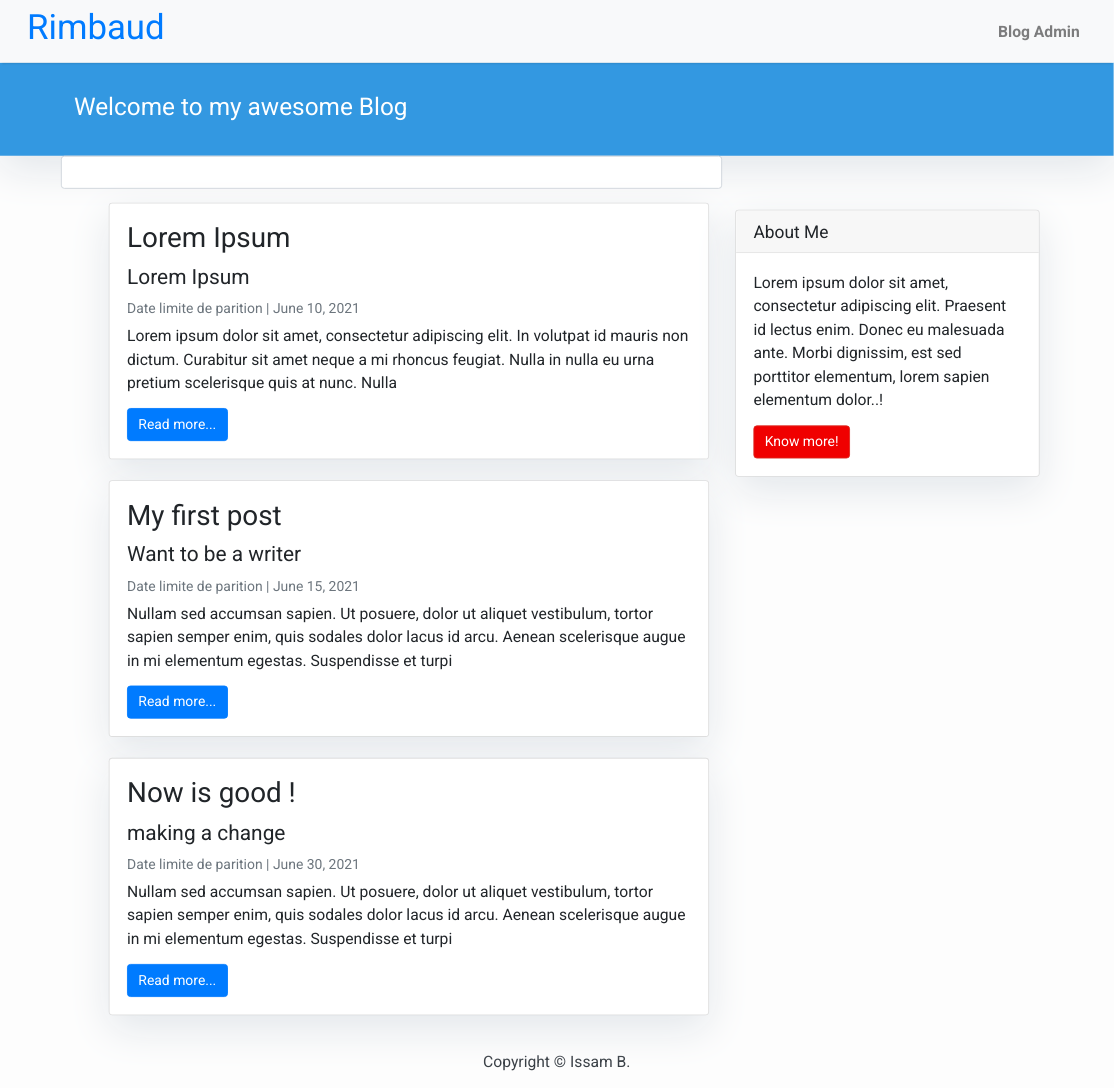
Repository: IssamBouzidi/rimbaud
Page: http://localhost/
These files come from the project's save history. The page is drawn as it stood at one moment and after the next save; the edit follows.
The browser window is 1280 px wide. The pictures show the whole page, at 87% of full size.
The page is served by the project's application, run on Django 3.2 (manage.py). The page reads the database file committed with the project.

Above is the page before, as saved 2021-06-04 01:22:02.

After the next save:
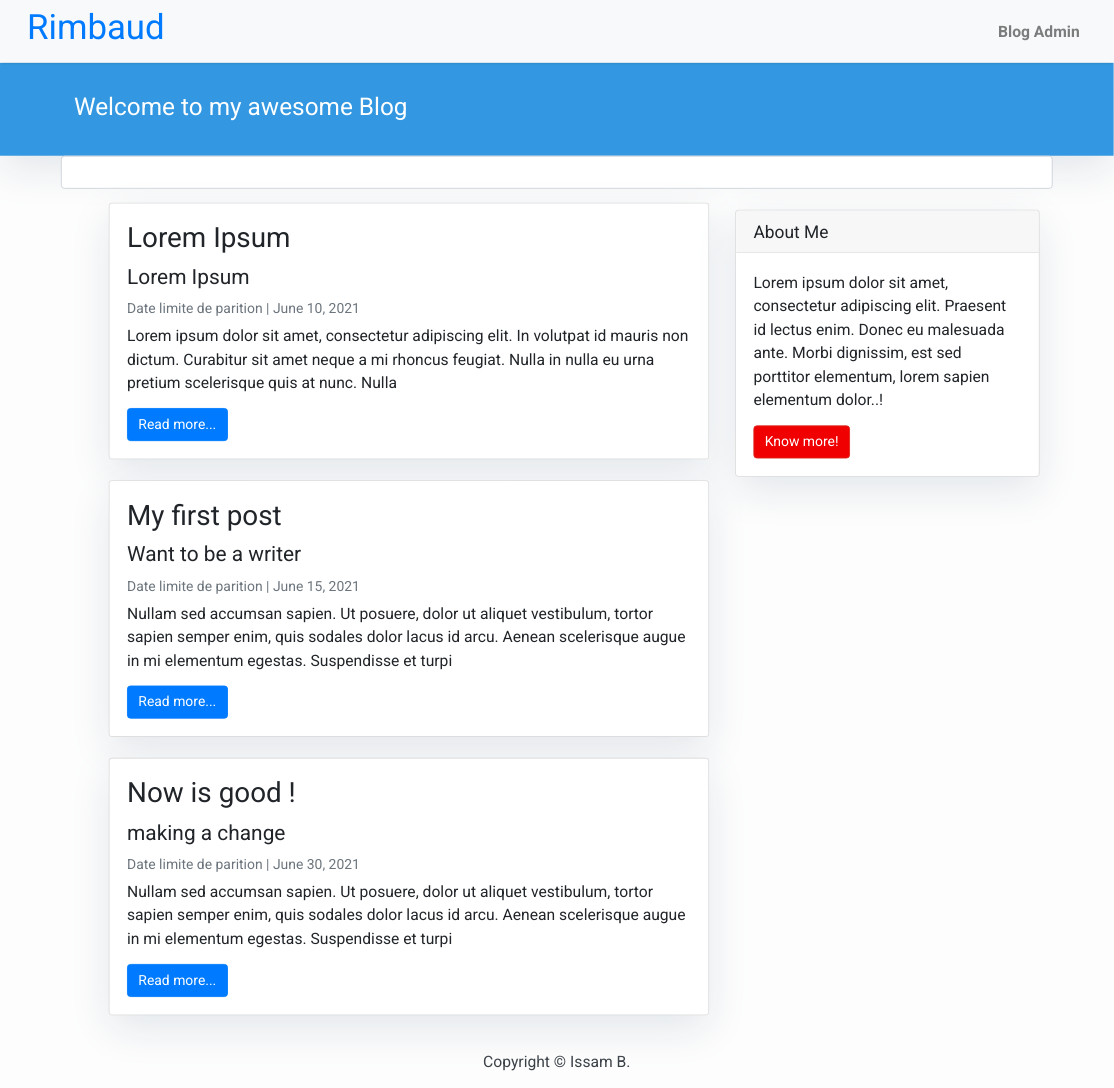
Saved 12 s later.
--- a/blog/templates/index.html
+++ b/blog/templates/index.html
@@ -41,7 +41,7 @@
     <!-- <input type="text" id="title_box" class="title_box search_box"> -->
     <div class="row">
         <!-- Blog Entries Column -->
-        <input type="text" class="col-sm-8 form-control title_box search_box" id="title_box" aria-describedby="emailHelp">
+        <input type="text" class="form-control title_box search_box" id="title_box" aria-describedby="emailHelp">
         <div id="articles_block" class="col-md-8 mt-3 left">
             {% include "detail_article.html" %}
         </div>
